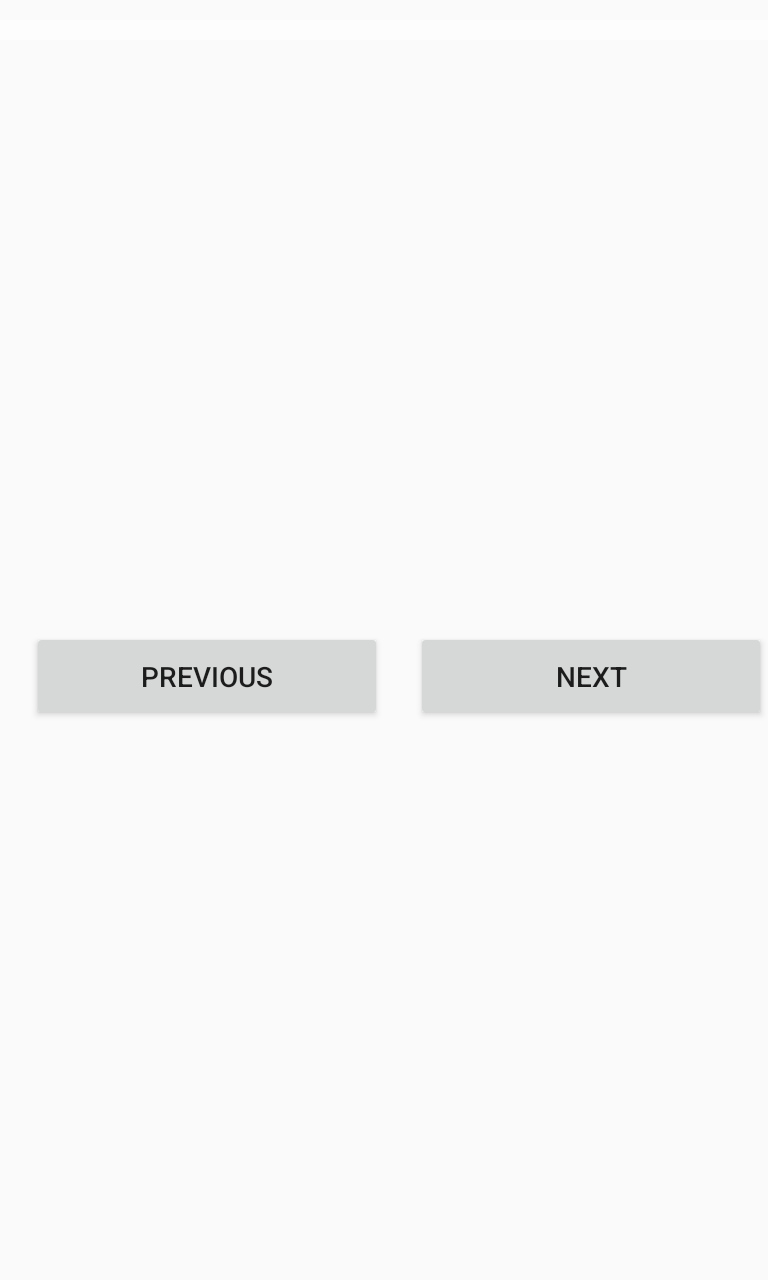
Repository: Warun26/PropertySearch
Layout: PropertySearch/res/layout/historical_zestimates_tab.xml
These files come from the project's save history. The layout is drawn as it stood at one moment and after the next save; the edit follows.
It is drawn on a 768 x 1280 px phone screen (xhdpi) without system bars, with theme AppTheme; the app's code is not run. The app's manifest (not shown) leaves right-to-left support off. So textAlignment, textDirection and layoutDirection are ignored, and left and right values win over start and end ones.

Above is the layout before, as saved 2014-11-23 04:55:07.

After the next save:
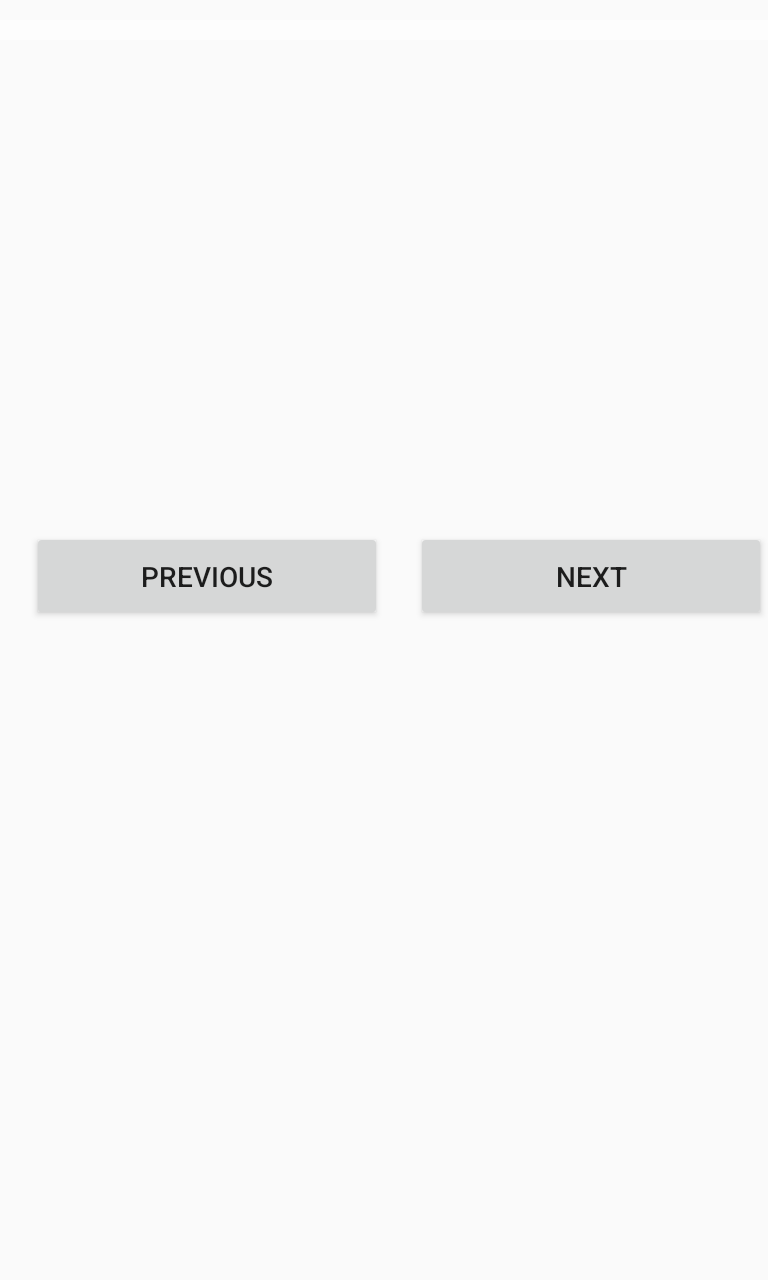
Saved 7 min 2 s later.
--- a/PropertySearch/res/layout/historical_zestimates_tab.xml
+++ b/PropertySearch/res/layout/historical_zestimates_tab.xml
@@ -30,7 +30,7 @@
     <ImageSwitcher
       android:id="@+id/ZestimateCharts"
       android:layout_width="fill_parent"
-      android:layout_height="250dp" >
+      android:layout_height="200dp" >
     </ImageSwitcher>
 
     <LinearLayout
